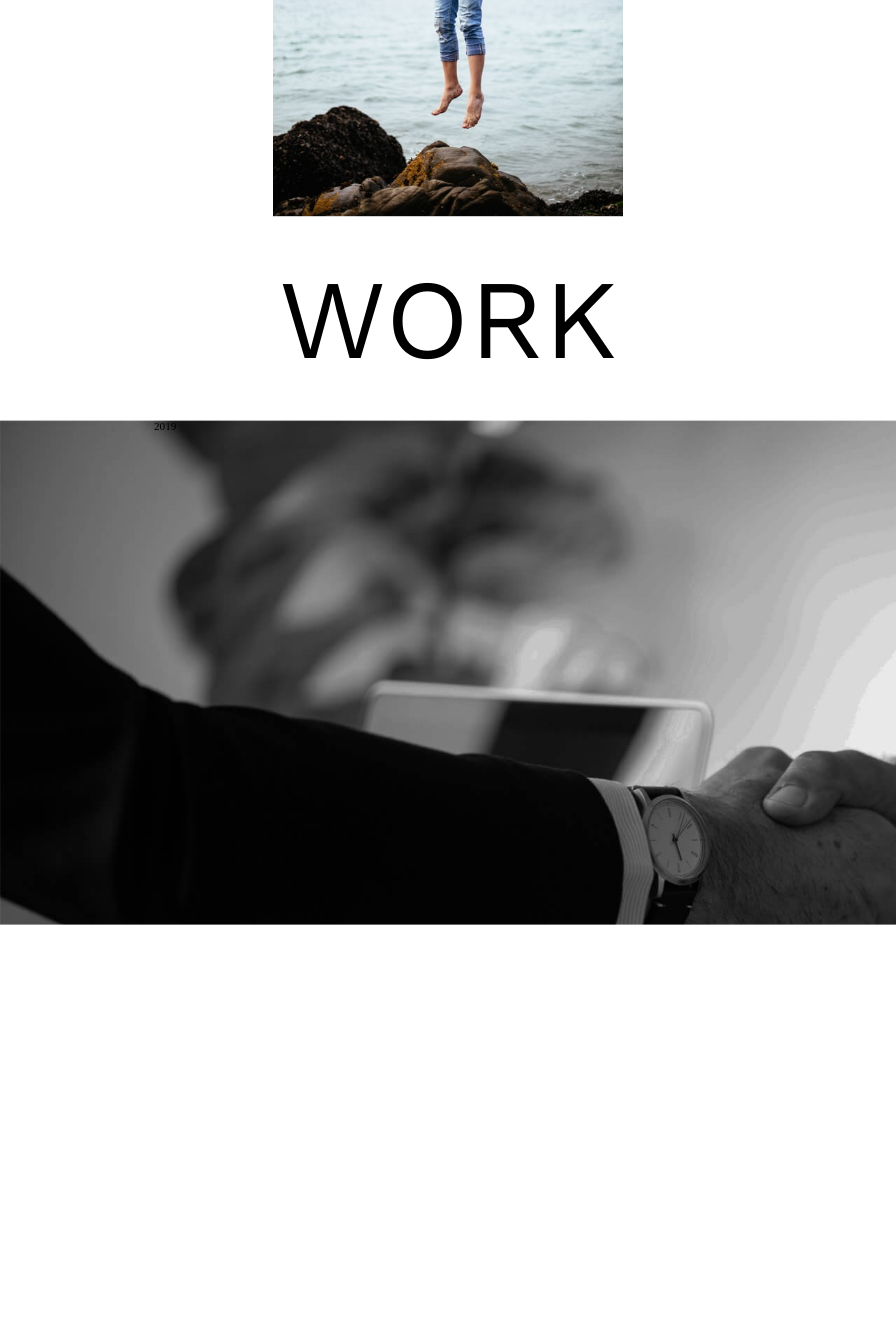
Repository: m0lt/DigitalDesigner
Page: index.html
An editor plug-in stored every save of this project. The page is shown before and after the next save, followed by the edit.
The browser window is 1280 px wide. The pictures show the part of the page from y = 807 to 2727 px (the page is 2848 px tall), at 70% of full size.
Backgrounds fixed to the window are drawn as part of the page.

Above is the page before, as saved 2025-07-08 10:39:28.

After the next save:
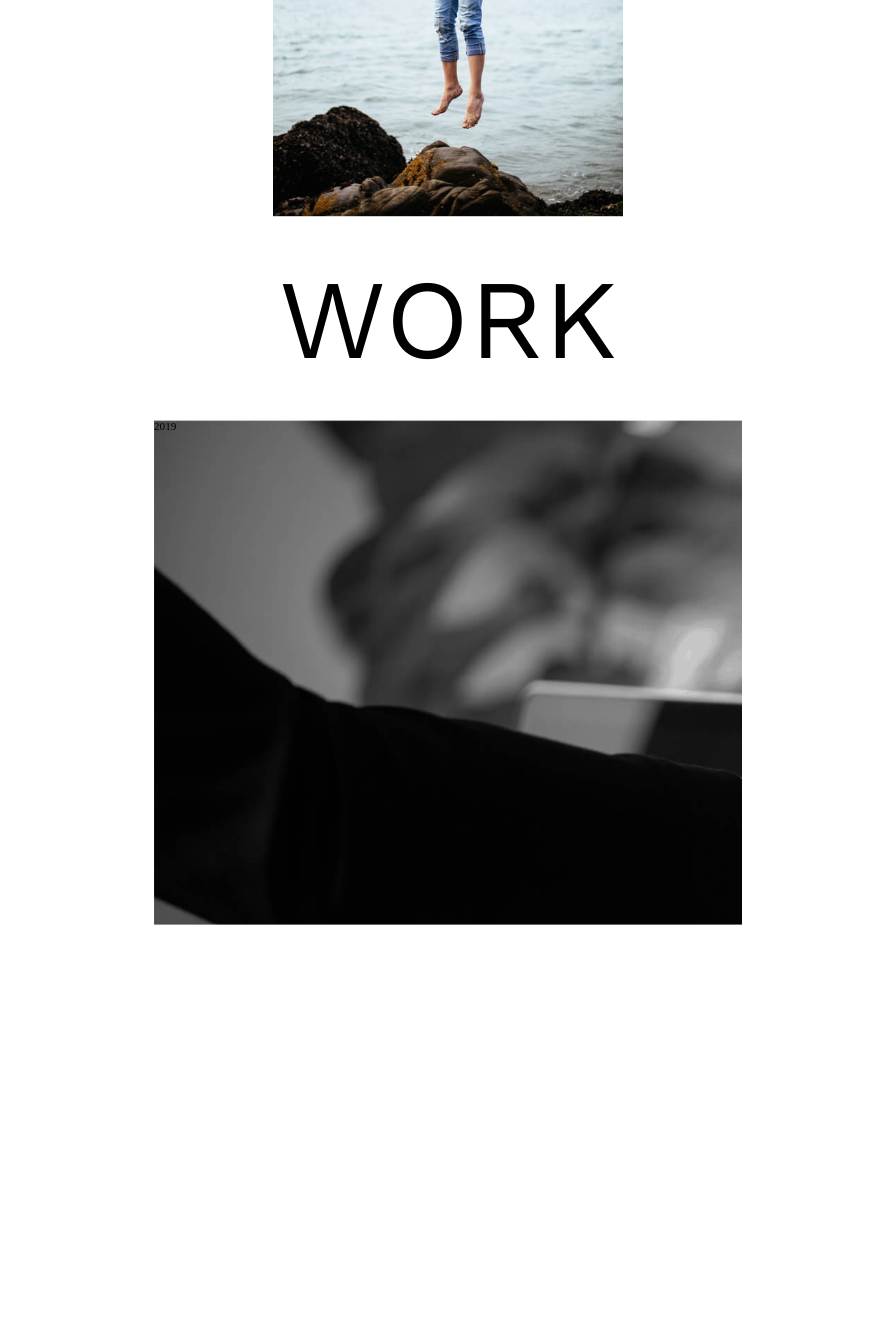
Saved 33 s later.
--- a/assets/css/styles.css
+++ b/assets/css/styles.css
@@ -31,7 +31,7 @@
 }
 
 .content {
-  padding: 0 220px;
+  margin: 0 220px;
   height: 100vh;
   background-repeat: no-repeat;
   background-attachment: fixed;

After the save that followed:
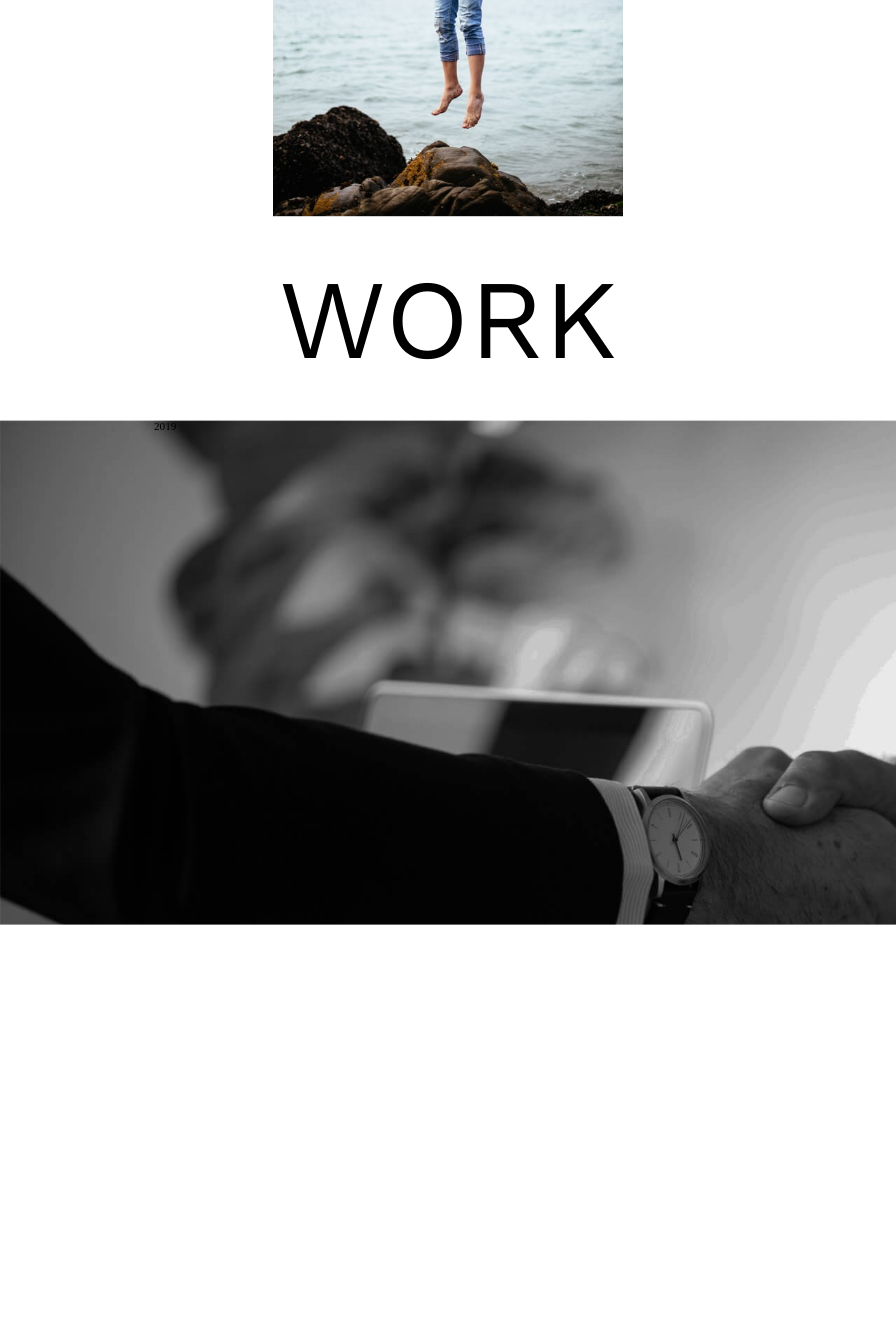
Saved 6 s later.
--- a/assets/css/styles.css
+++ b/assets/css/styles.css
@@ -31,7 +31,7 @@
 }
 
 .content {
-  margin: 0 220px;
+  padding: 0 220px;
   height: 100vh;
   background-repeat: no-repeat;
   background-attachment: fixed;
